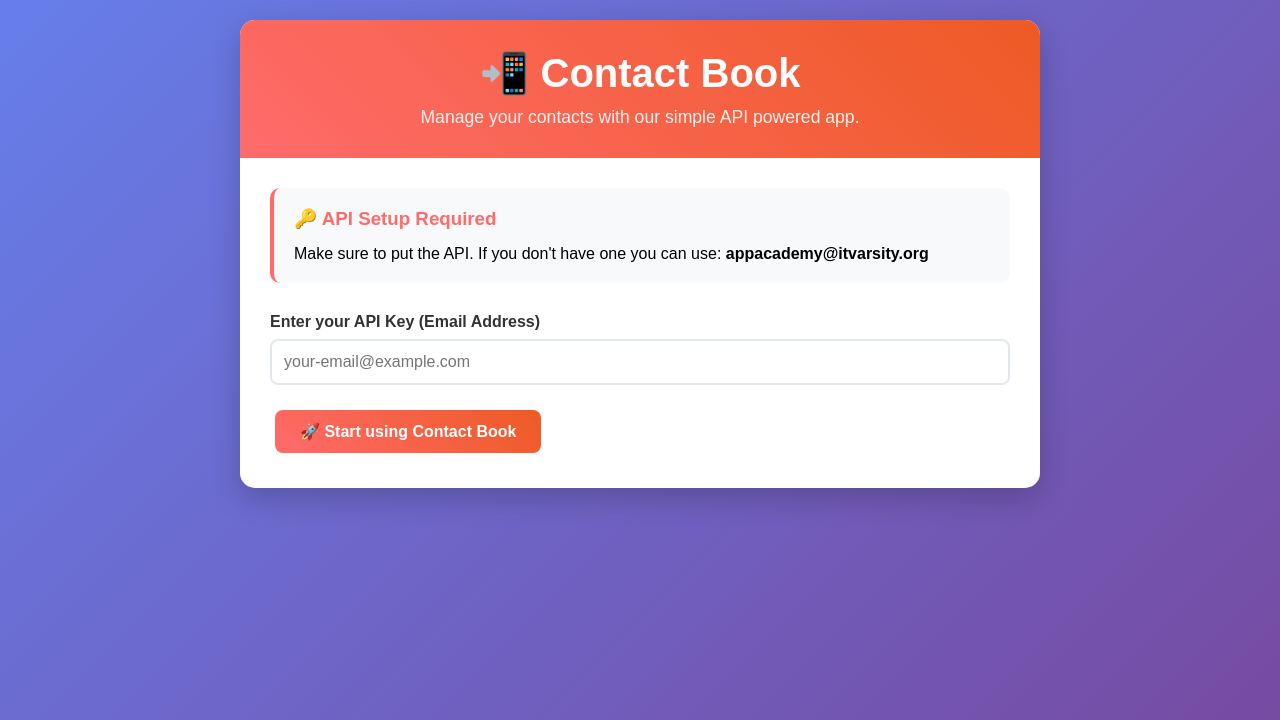
Repository: Mantombi81/Moznana-Contact
Page: index.html
The author's editor kept a copy of each file at every save. The page is drawn from the files as they stood at one save, then again after the next save.
The browser window is 1280 px wide. The pictures show the whole page.

Above is the page before, as saved 2025-06-12 11:10:47.

### index.html
<!DOCTYPE html>
<html lang="en">

<head>
    <meta charset="UTF-8">
    <meta name="viewport" content="width=device-width, initial-scale=1.0">
    <title>Week 6 - Contact Book (API's)</title>
    <link rel="stylesheet" href="style.css">
</head>

<body>
    <div class="container">
        <div class="header">
            <h1>📲 Contact Book</h1>
            <p>Manage your contacts with our simple API powered app.</p>
        </div>

        <div class="content">
            <!--API Setup page -->
            <div id="setupPage" class="page active">
                <div class="api-setup">
                    <h3>🔑 API Setup Required</h3>
                    <p>Make sure to put the API. If you don't have one you can use:
                        <strong>appacademy@itvarsity.org</strong>
                    </p>
                </div>
                <div class="form-group">
                    <label for="apiKeyInput">Enter your API Key (Email Address)</label>
                    <input type="email" id="apiKeyInput" placeholder="your-email@example.com">
                </div>

                <button class="btn" onclick="setupApiKey()">🚀 Start using Contact Book</button>
            </div>

            <!-- Main Contacts Page -->
            <div id="contactsPage" class="page">
                <div style="display: flex; justify-content: space-between;
                    align-items: center; margin-bottom: 20px; flex-wrap: wrap; gap: 10px">
                    <h2>Your Contacts</h2>
                    <div>
                        <button class="btn btn-secondary" onclick="refreshContacts()">🔁 Refresh</button>
                        <button class="btn btn-success" onclick="showAddContact()">➕ Add Contact</button>
                    </div>
                </div>

                <div id="contactsList">
                    <div class="loading">Loading contacts...</div>
                </div>
            </div>

            <!-- Add Contact Page -->
            <div id="addContactsPage" class="page">
                <button class="btn btn-secondary back-btn" onclick="showContacts()">← Back to Contacts</button>

                <h2>Add New Contact</h2>

                <form id="addContactForm" onsubmit="addContact(event)">
                    <div class="form-group">
                        <label for="firstName">First Name:</label>
                        <input type="text" id="firstName" name="firstname" required>
                    </div>
                    <div class="form-group">
                        <label for="lastName">Last Name:</label>
                        <input type="text" id="lastName" name="lastname" required>
                    </div>
                    <div class="form-group">
                        <label for="mobile">Mobile Number:</label>
                        <input type="tel" id="mobile" name="mobile" required>
                    </div>
                    <div class="form-group">
                        <label for="email">Email Address:</label>
                        <input type="email" id="email" name="email" required>
                    </div>
                    <div class="form-group">
                        <label for="avatar">Profile Picture (Optional):</label>
                        <input type="file" id="avatar" name="avatar" accept="image/*">
                    </div>

                    <button type="submit" class="btn btn-success">💾 Save Contact</button>
                    <button type="button" class="btn btn-secondary" onclick="showContacts()">Cancel</button>
                </form>
            </div>

            <!-- Edit Contact Page -->
            <div id="editContactsPage" class="page">
                <button class="btn btn-secondary back-btn" onclick="showContacts()">← Back to Contacts</button>

                <h2>Edit Contact</h2>

                <form id="editContactForm" onsubmit="updateContact(event)">
                    <input type="hidden" id="editContactId">

                    <div class="form-group">
                        <label for="editFirstName">First Name:</label>
                        <input type="text" id="editFirstName" name="firstname" required>
                    </div>
                    <div class="form-group">
                        <label for="editLastName">Last Name:</label>
                        <input type="text" id="editLastName" name="lastname" required>
                    </div>
                    <div class="form-group">
                        <label for="editMobile">Mobile Number:</label>
                        <input type="tel" id="editMobile" name="mobile" required>
                    </div>
                    <div class="form-group">
                        <label for="editEmail">Email Address:</label>
                        <input type="email" id="editEmail" name="email" required>
                    </div>
                    <div class="form-group">
                        <label for="editAvatar">Profile Picture (Optional):</label>
                        <input type="file" id="editAvatar" name="avatar" accept="image/*">
                    </div>

                    <button type="submit" class="btn btn-success">💾 Update Contact</button>
                    <button type="button" class="btn btn-secondary" onclick="showContacts()">Cancel</button>
                </form>
            </div>
        </div>
    </div>
    <script src="script.js"></script>
</body>
</html>

### style.css
* {
    margin: 0;
    padding: 0;
    box-sizing: border-box;
}

body {
    font-family: Arial, sans-serif;
    background: linear-gradient(135deg, #667eea 0%, #764ba2 100%);
    min-height: 100vh;
    padding: 20px;
}

.container {
    max-width: 800px;
    margin: 0 auto;
    background: white;
    border-radius: 15px;
    box-shadow: 0 10px 30px rgba(0, 0, 0, 0.2);
    overflow: hidden;
}

.header {
    background: linear-gradient(45deg, #ff6b6b, #ee5a24);
    color: white;
    padding: 30px;
    text-align: center;
}

.header h1 {
    font-size: 2.5rem;
    margin-bottom: 10px;
}

.header p {
    font-size: 1.1rem;
    opacity: 0.9;
}

.content {
    padding: 30px;
}

.api-setup {
    background: #f8f9fa;
    border-radius: 10px;
    padding: 20px;
    margin-bottom: 30px;
    border-left: 4px solid #ff6b6b;
}

.api-setup h3 {
    color: #ff6b6b;
    margin-bottom: 15px;
}

.form-group {
    margin-bottom: 20px;
}

.form-group label {
    display: block;
    margin-bottom: 8px;
    font-weight: bold;
    color: #333;
}

.form-group input,
.form-group select {
    width: 100%;
    padding: 12px;
    border: 2px solid #e1e8ed;
    border-radius: 8px;
    font-size: 16px;
    transition: border-color 0.3s ease;
}

.form-group input:focus,
.form-group select:focus {
    outline: none;
    border-color: #ff6b6b;
}

.btn {
    background: linear-gradient(45deg, #ff6b6b, #ee5a24);
    color: white;
    border: none;
    padding: 12px 25px;
    border-radius: 8px;
    cursor: pointer;
    font-size: 16px;
    font-weight: bold;
    margin: 5px;
    transition: transform 0.2s ease, box-shadow 0.2s ease;
}

.btn:hover {
    transform: translateY(-2px);
    box-shadow: 0 5px 15px rgba(255, 107, 107, 0.3);
}

.btn-secondary {
    background: linear-gradient(45deg, #54a0ff, #2e86de);
}

.btn-danger {
    background: linear-gradient(45deg, #ff3838, #ff4757);
}

.btn-success {
    background: linear-gradient(45deg, #1dd1a1, #10ac84);
}

.contacts-grid {
    display: grid;
    grid-template-columns: repeat(auto-fill, minmax(300px, 1fr));
    gap: 20px;
    margin-top: 20px;
}

.contact-card {
    background: white;
    border-radius: 12px;
    padding: 20px;
    box-shadow: 0 4px 15px rgba(0, 0, 0, 0.1);
    border: 1px solid #e1e8ed;
    transition: transform 0.2s ease, box-shadow 0.2s ease;
}

.contact-card:hover {
    transform: translateY(-5px);
    box-shadow: 0 8px 25px rgba(0, 0, 0, 0.15);
}

.contact-avatar {
    width: 60px;
    height: 60px;
    border-radius: 50%;
    margin: 0 auto 15px;
    display: block;
    border: 3px solid #ff6b6b;
}

.contact-name {
    font-size: 1.3rem;
    font-weight: bold;
    text-align: center;
    margin-bottom: 10px;
    color: #333;
}

.contact-details {
    margin-bottom: 15px;
}

.contact-details p {
    margin-bottom: 5px;
    color: #666;
}

.contact-actions {
    text-align: center;
}

.loading {
    text-align: center;
    padding: 40px;
    color: #666;
    font-size: 1.2rem;
}

.error {
    background: #ffe6e6;
    color: #cc0000;
    padding: 15px;
    border-radius: 8px;
    margin: 15px 0;
    border-left: 4px solid #cc0000;
}

.success {
    background: #e6ffe6;
    color: #006600;
    padding: 15px;
    border-radius: 8px;
    margin: 15px 0;
    border-left: 4px solid #006600;
}

.hidden {
    display: none;
}

.page {
    display: none;
}

.page.active {
    display: block;
}

.back-btn {
    margin-bottom: 20px;
}

@media (max-width: 768px) {
    .container {
        margin: 10px;
    }

    .header {
        padding: 20px;
    }

    .header h1 {
        font-size: 2rem;
    }

    .content {
        padding: 20px;
    }

    .contacts-grid {
        grid-template-columns: 1fr;
    }
}

Loaded but not shown: script.js (no copy from this time; the picture is the same without it)

After the next save:
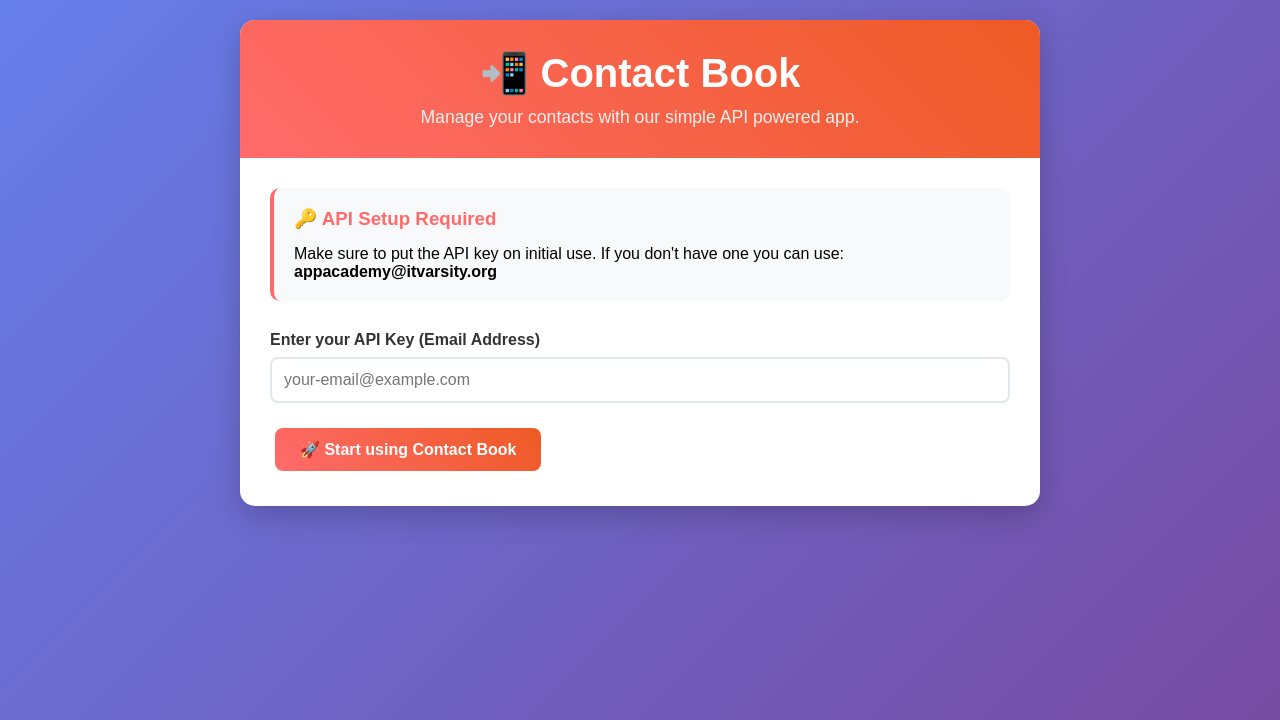
Saved 10 s later.
--- a/index.html
+++ b/index.html
@@ -20,7 +20,7 @@
             <div id="setupPage" class="page active">
                 <div class="api-setup">
                     <h3>🔑 API Setup Required</h3>
-                    <p>Make sure to put the API. If you don't have one you can use:
+                    <p>Make sure to put the API key on initial use. If you don't have one you can use:
                         <strong>appacademy@itvarsity.org</strong>
                     </p>
                 </div>
